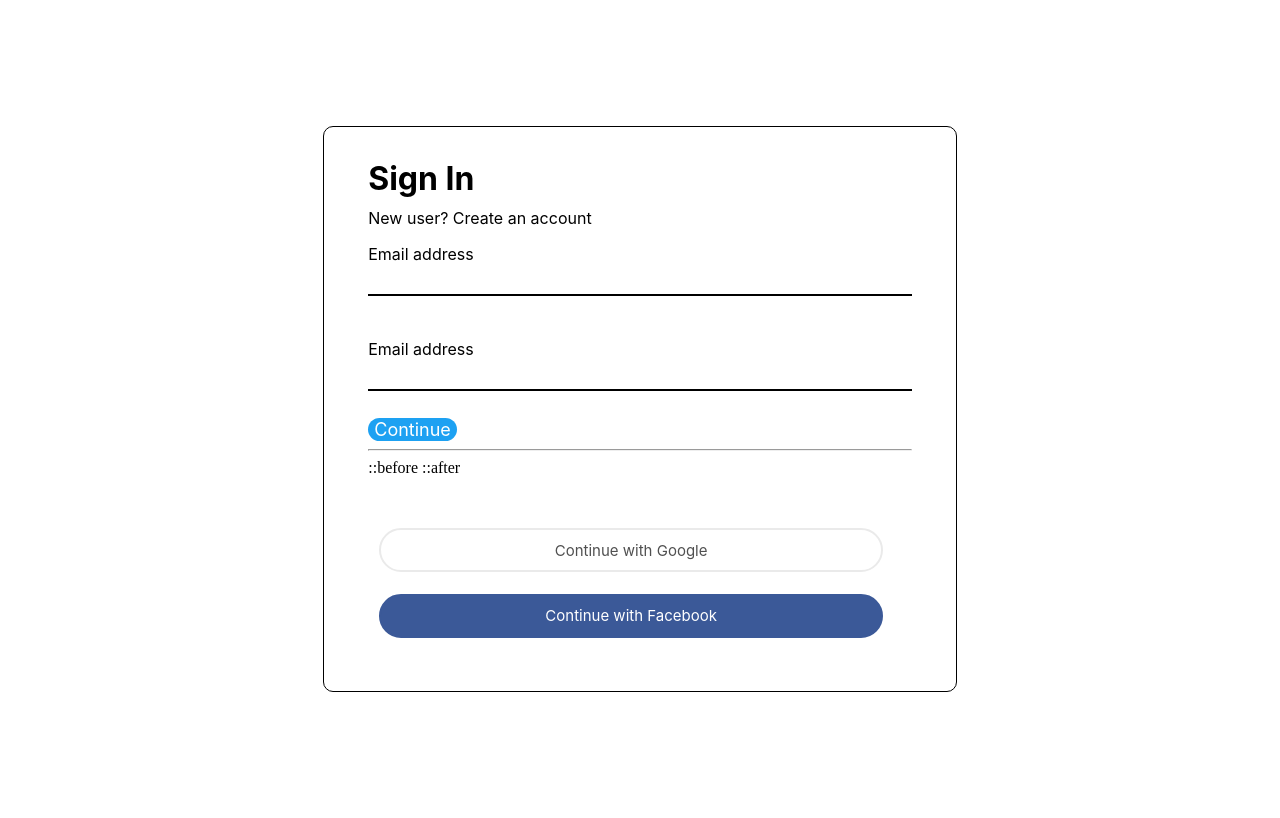
Repository: thangluu93/WereWolf
Page: Template/signIn.html
These files come from the project's save history. The page is drawn as it stood at one moment and after the next save; the edit follows.
The browser window is 1280 px wide. The pictures show the whole page.

Above is the page before, as saved 2020-01-13 14:04:17.

### Template/signIn.html
<html>

<head>
    <title>Onion ID</title>
    <link rel="stylesheet" href="../Stylesheet/signInStyle.css">
</head>

<body id="body1">
    <div class="container" id="container1">
        <div class="containerBody" id="containerBody1">
            <div class="border" id="border1">
                <div class="content" id="content1">
                    <div class="contentHeader">
                        <h1 class="Heading">Sign In</h1>
                        <p class="subHead">New user? Create an account</p>
                    </div>
                    <div >
                        <div >
                            <div >
                                <p style="margin-bottom: 0;"> Email address </p>
                                <input type="email" class="field">
                            </div>
                            <div >
                                <p style="margin-bottom: 0;"> Email address </p>
                                <input type="email" class="field">
                            </div>
                        </div>
                        <div class="emailContinue">
                            <button class="emailContinueBtn ">
                                <span>Continue</span>
                            </button>
                        </div>
                    </div>
                    <div class="contentFooter">
                        <hr data-content="or">
                        ::before
                        ::after
                        </hr>
                        <div class="socialSignIn" id="socialSignIn1">
                            <a href="" class="googleSignIn">
                                <!-- <svg viewBox="0 0 1152 1152" focusable="false" aria-hidden="true" role="img"
                                class="googleIconSvg">
                                <path
                                    d="M1055.994 594.42a559.973 559.973 0 0 0-8.86-99.684h-458.99V683.25h262.28c-11.298 60.918-45.633 112.532-97.248 147.089v122.279h157.501c92.152-84.842 145.317-209.78 145.317-358.198z"
                                    fill="#4285f4"></path>
                                <path
                                    d="M588.144 1070.688c131.583 0 241.9-43.64 322.533-118.07l-157.5-122.28c-43.64 29.241-99.463 46.52-165.033 46.52-126.931 0-234.368-85.728-272.691-200.919H152.636v126.267c80.19 159.273 245 268.482 435.508 268.482z"
                                    fill="#34a853"></path>
                                <path
                                    d="M315.453 675.94a288.113 288.113 0 0 1 0-185.191V364.482H152.636a487.96 487.96 0 0 0 0 437.724z"
                                    fill="#fbbc05"></path>
                                <path
                                    d="M588.144 289.83c71.551 0 135.792 24.589 186.298 72.88l139.78-139.779C829.821 144.291 719.504 96 588.143 96c-190.507 0-355.318 109.21-435.508 268.482L315.453 490.75c38.323-115.19 145.76-200.919 272.691-200.919z"
                                    fill="#ea4335"></path>
                            </svg> -->
                                <span>Continue with Google</span>
                            </a>
                            <a href="" class="facebookSignIn">
                                <!-- <svg viewBox="0 0 1152 1152" class="facebookIconSvg" aria-hidden="true" data-prefix="fab" data-icon="facebook-f"
                                role="img" xmlns="http://www.w3.org/2000/svg" viewBox="0 0 264 512" data-fa-i2svg="">
                                <path fill="currentColor"
                                    d="M76.7 512V283H0v-91h76.7v-71.7C76.7 42.4 124.3 0 193.8 0c33.3 0 61.9 2.5 70.2 3.6V85h-48.2c-37.8 0-45.1 18-45.1 44.3V192H256l-11.7 91h-73.6v229">
                                </path>
                            </svg> -->
                                <span>Continue with Facebook</span>

                            </a>

                        </div>
                    </div>
                </div>

            </div>
        </div>
    </div>
</body>

</html>

### Stylesheet/signInStyle.css
.containerBody{
    margin: 0;
    padding: 0;
    width: 100%;
}

#containerBody1{
  width: 100%;

}

#content1{

    display: flex;
    flex-direction: column;


}

.content{
    height: 90%;
    padding: 5% 7% 7% 7%;
}

.border{
    width: 50%;
    height: 80%;
}

#border1{
    border: 1px solid black;
    border-radius: 10px;   ;

    margin: 10% auto;
    justify-content: center;
    align-items: center;

}

.socialSignIn a{
    margin: 2%;
    width: 92%;
    height: 2.5rem;
    display: flex;
    align-items: center;
    justify-content: center;
    font-size: 15px;
}

.socialSignIn{
    margin-top: 2.5rem;
}

#socialSignIn1{
    display: flex;
    flex-direction: column;
}

.googleSignIn,.facebookSignIn,.twitterSignIn{
    border: 2px;
    border-style: solid;
    border-radius: 100px;
}

.subHead{
    margin: 10px 0 0 0;
}

.heading{
    margin: 0;
}

p {
    font-family: adobe-clean,"Source Sans Pro",-apple-system,BlinkMacSystemFont,"Segoe UI",Roboto,sans-serif;
}

h1{
    font-family: adobe-clean,"Source Sans Pro",-apple-system,BlinkMacSystemFont,"Segoe UI",Roboto,sans-serif;
    font-size: 32px;
}

span{
    font-family: adobe-clean,"Source Sans Pro",-apple-system,BlinkMacSystemFont,"Segoe UI",Roboto,sans-serif;
}

a{
    text-decoration: none;
}

.field{
    width: 100%;
    height: 2rem;
    margin:0 0 5% 0;
    border-color: black;
    border-top: 0;
    border-left: 0;
    border-right: 0;
    border-bottom: 2px;
    border-style: solid;
    font-size: 16px;
    outline: none;
}

.emailContinueBtn{
    border-radius: 100px;
    font-size: 18px;
    height: fit-content;
    width: fit-content;
    box-shadow: none;
    background-color: #1da1f2;
    color: white;
    border: none;
    outline: none;
}

.googleSignIn{
    border-color: #eaeaea;
    color: #505050;
}

.facebookSignIn{
    border-color:#3b5998;
    background-color: #3b5998;
    color: white;
}

.twitterSignIn{
    color: white;
    border-color: #1da1f2;
    background-color: #1da1f2;
}

After the next save:
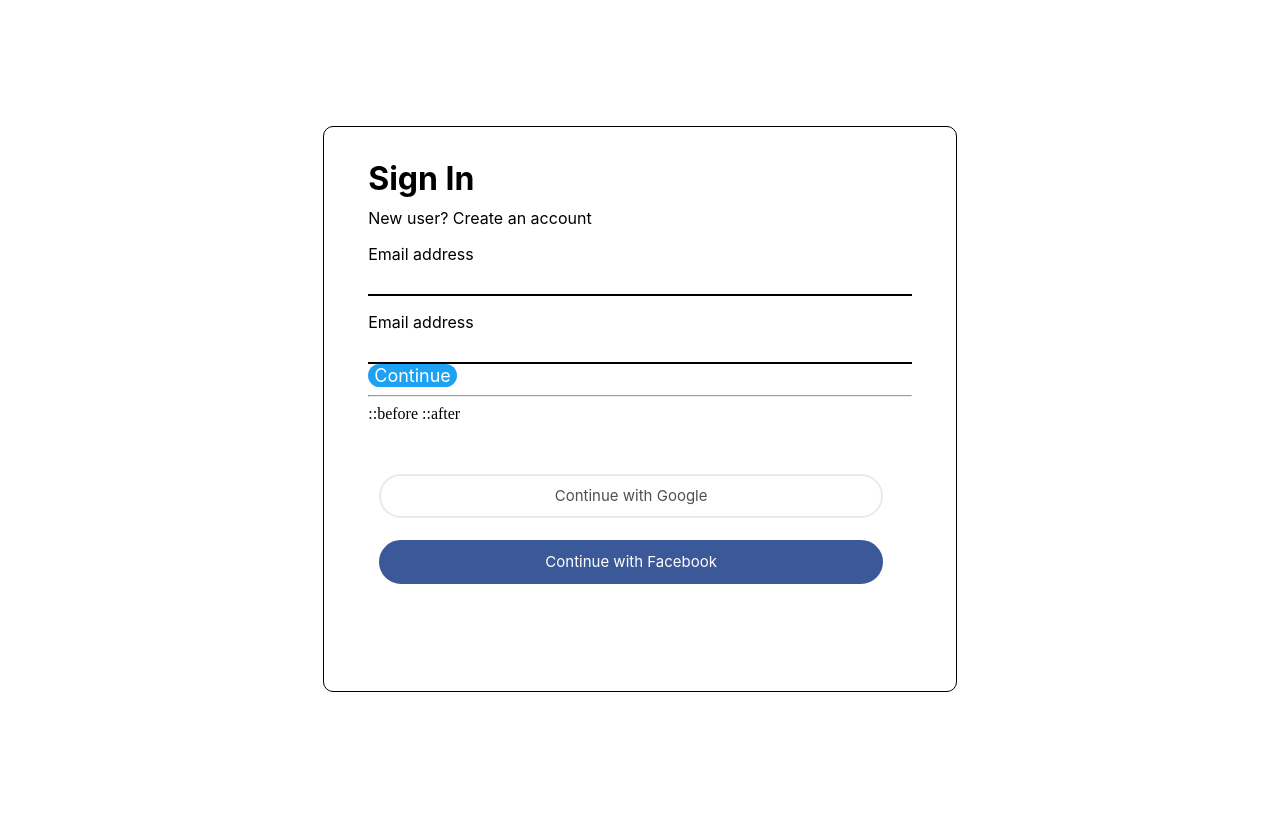
Saved 67 s later.
--- a/Stylesheet/signInStyle.css
+++ b/Stylesheet/signInStyle.css
@@ -90,7 +90,7 @@ a{
 .field{
     width: 100%;
     height: 2rem;
-    margin:0 0 5% 0;
+    margin:0;
     border-color: black;
     border-top: 0;
     border-left: 0;
